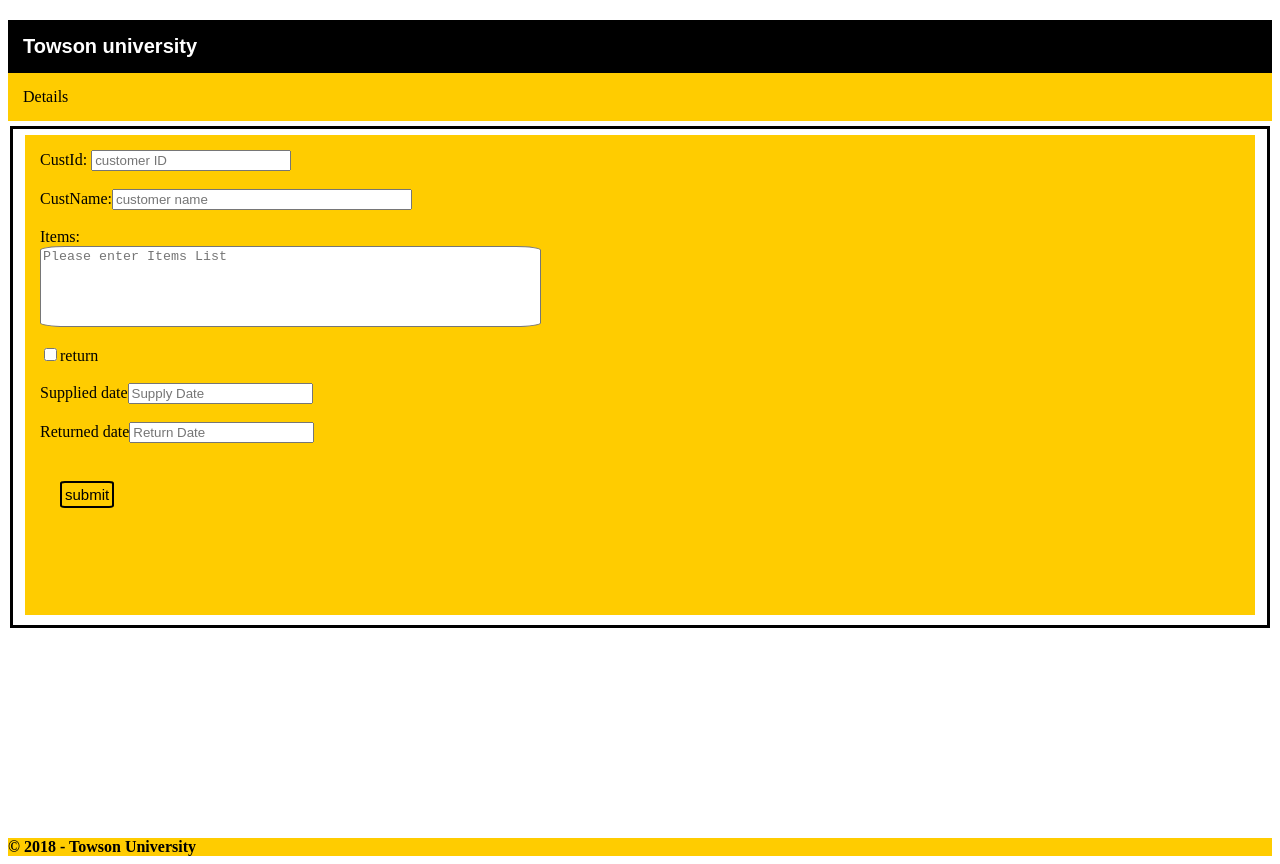
Repository: DatabaseCOSC578/eclipse-workspace11
Page: http://localhost/Supervisor/Supervisor.jsp
These files come from the project's save history. The page is drawn as it stood at one moment and after the next save; the edit follows.
The browser window is 1280 px wide. The pictures show the whole page.
The page is served by Tomcat 9.

Above is the page before, as saved 2018-04-15 16:40:16.

After the next save:
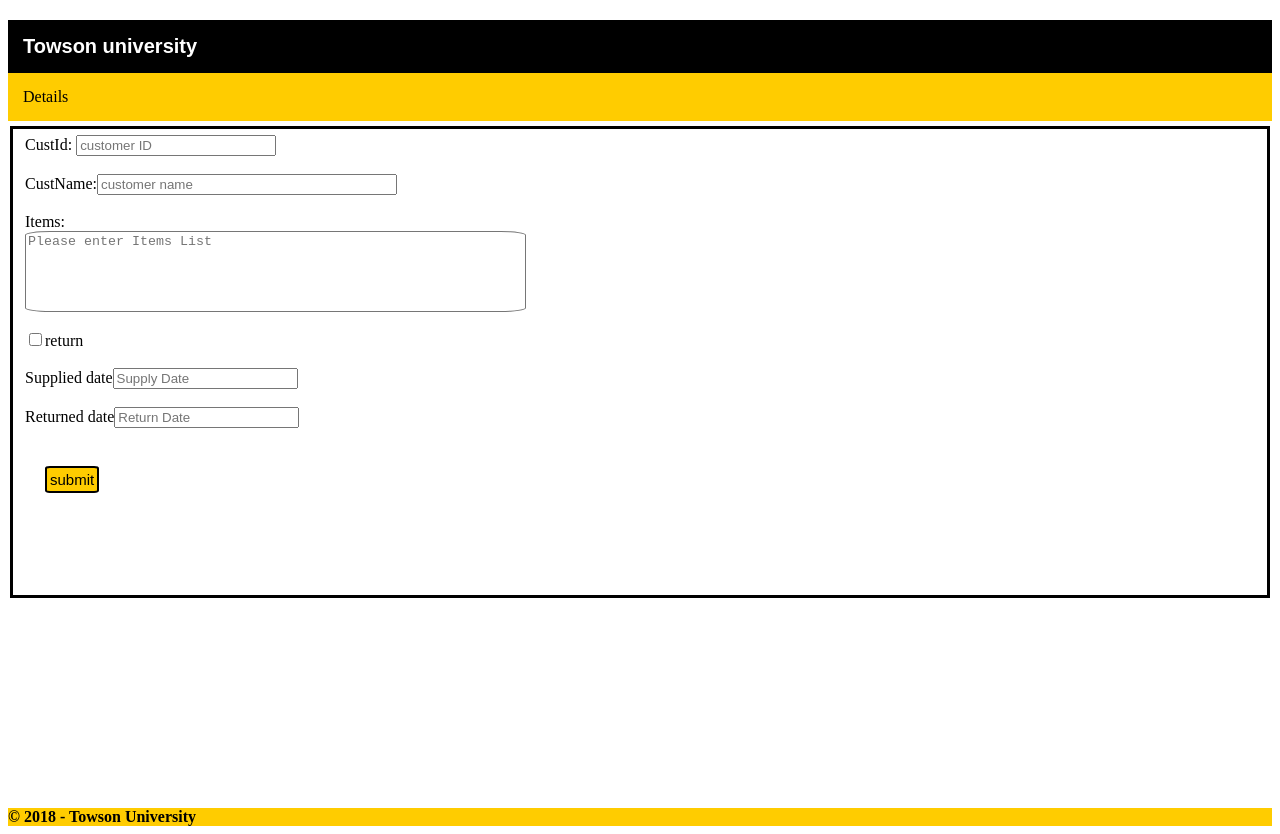
Saved 16 s later.
--- a/Supervisor/WebContent/Supervisor.jsp
+++ b/Supervisor/WebContent/Supervisor.jsp
@@ -7,9 +7,9 @@
 <form name="inputdetails" action="store" method="post" id="form1">
 <p>Details</p>
 <fieldset>
-<p id="abc" style="align:center">
+
 CustId: <input type=text style="width: 200px;" name="custid " placeholder="customer ID"><br><br>
-CustName:<input type=text style="width: 300px; " name="custname" placeholder="customer name "><br><br>
+CustName:<input type=text style="width: 300px; align:center;" name="custname" placeholder="customer name "><br><br>
 Items:<br/>
 <textarea rows="5" cols="60"  maxlength="260" name="items" placeholder="Please enter Items List">
 </textarea> <br><br>
@@ -17,7 +17,6 @@
 Supplied date<input type=text name="sdate" placeholder="Supply Date" ><br><br>
 Returned date<input type=text name="rdate" placeholder="Return Date" ><br><br>
 <input type=submit value=submit> <br><br><br><br><br>
-</p >
 </fieldset>
 </form>
 </body>
